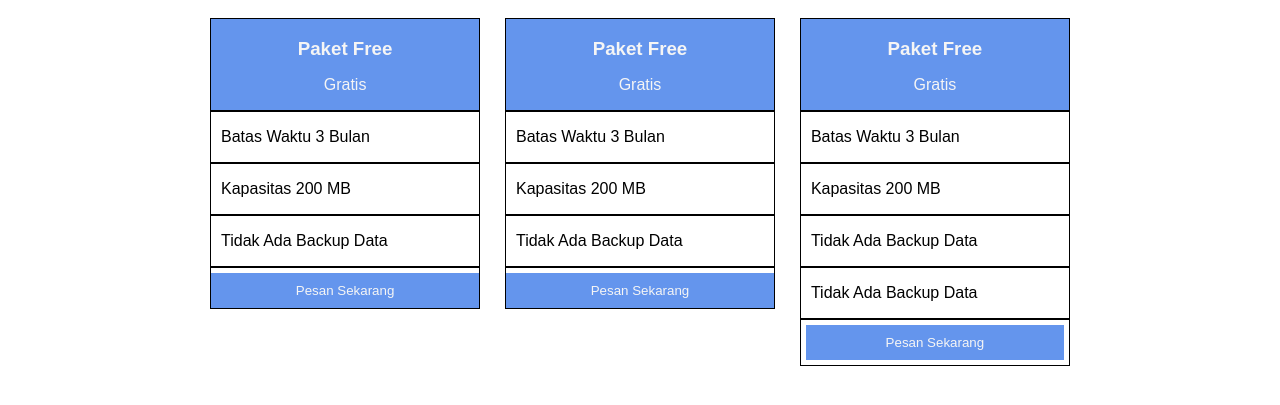
Repository: AHSANS354/tugas-sib5
Page: tugas css/index.html
The author's editor kept a copy of each file at every save. The page is drawn from the files as they stood at one save, then again after the next save.
The browser window is 1280 px wide. The pictures show the whole page.

Above is the page before, as saved 2023-08-29 16:12:05.

After the next save:
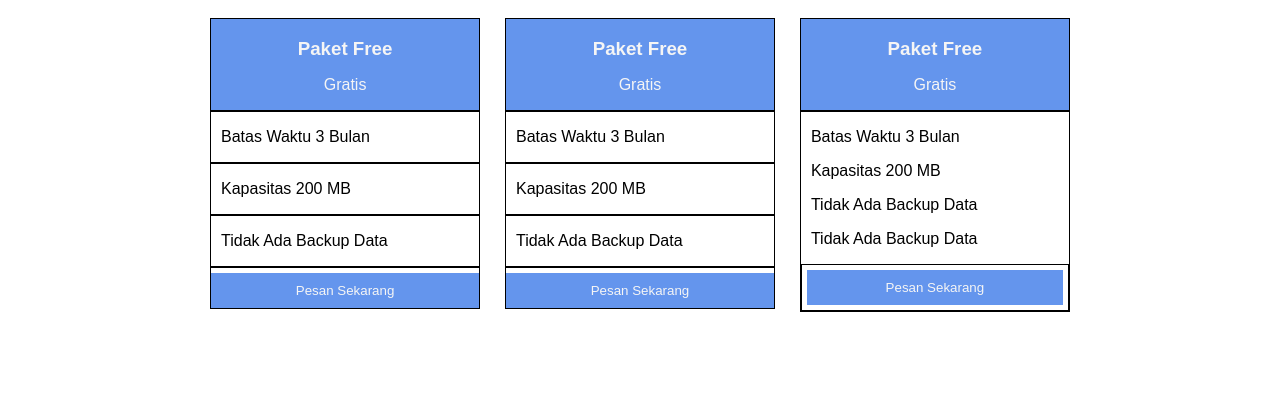
Saved 25 s later.
--- a/tugas css/style.css
+++ b/tugas css/style.css
@@ -117,7 +117,7 @@ h3 {
   flex-direction: column;
 }
 
-.content3 div {
+.content3 {
   border: 1px solid black;
 }
 
